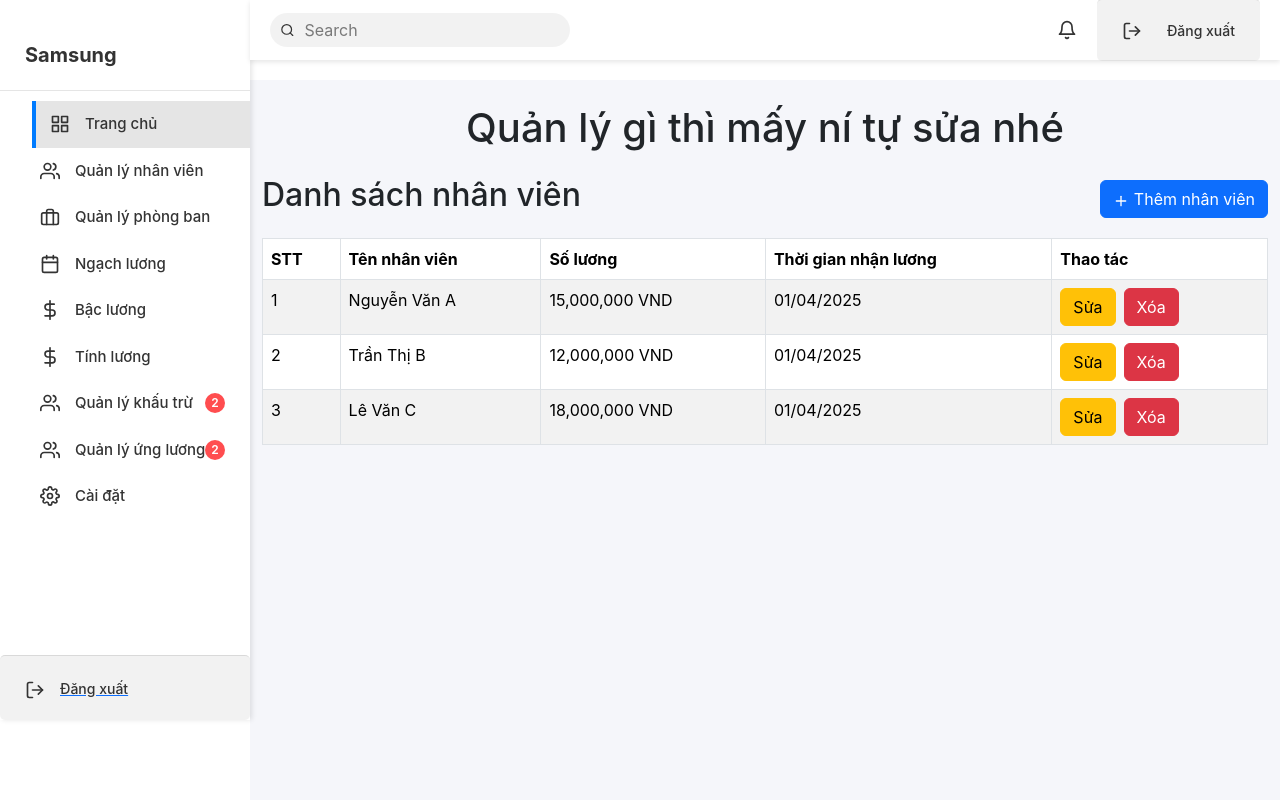
Repository: lenb2109136/HTTTQL
Page: /
The author's editor kept a copy of each file at every save. The page is drawn from the files as they stood at one save, then again after the next save.
The browser window is 1280 px wide. The pictures show the whole page.
The project was rebuilt for these pictures with package versions that can differ from the ones it lists, and the page was loaded fresh each time.

Above is the page before, as saved 2025-03-28 13:08:31.

### src/index.js
import React from 'react';
import ReactDOM from 'react-dom/client';
import './index.css';
import App from './App';
import reportWebVitals from './reportWebVitals';
import 'bootstrap/dist/css/bootstrap.min.css'; // Import Bootstrap CSS
const root = ReactDOM.createRoot(document.getElementById('root'));
root.render(
  <React.StrictMode>
    <App />
  </React.StrictMode>
);

// If you want to start measuring performance in your app, pass a function
// to log results (for example: reportWebVitals(console.log))
// or send to an analytics endpoint. Learn more: https://bit.ly/CRA-vitals
reportWebVitals();

### src/App.js
// src/App.js
import React from 'react';
import { BrowserRouter as Router, Route, Routes } from 'react-router-dom';
import 'bootstrap/dist/css/bootstrap.min.css';
import './App.css';
import Header from './component/admin/Header-Admin';
import Sidebar from './component/admin/SideBar';
import Dashboard from './component/admin/Dashboard';

function App() {
  return (
    <Router>
      <div className="app">
        <Sidebar />
        <div className="main-content">
          <Header />
          <Routes>
            <Route path="/" element={<Dashboard />} />
          </Routes>
        </div>
      </div>
    </Router>
  );
}

export default App;

### src/App.css
/* src/App.css */
* {
  margin: 0;
  padding: 0;
  box-sizing: border-box;
  font-family: 'Inter', Arial, sans-serif;
}

.app {
  display: flex;
}

.main-content {
  flex: 1;
  margin-left: 250px;
  background-color: #f5f6fa;
  min-height: 100vh;
}

/* Page Content */
.page-content {
  padding: 20px;
}

### src/component/admin/Header-Admin.js
import React from 'react';
import { FiSearch, FiLogOut, FiBell } from 'react-icons/fi';
import './admin-style/Header-Admin.css'; // Adjusted import to match the provided file location

const Header = () => {
  return (
    <div className="header">
      {/* Thanh tìm kiếm */}
      <div className="search-bar">
        <FiSearch className="search-icon" />
        <input type="text" placeholder="Search" />
      </div>

      {/* Phần bên phải: Biểu tượng thông báo và nút đăng xuất */}
      <div className="header-right">
        <FiBell className="notification-icon" />
        <div className="logout-section">
          <FiLogOut className="logout-icon" />
          <span>Đăng xuất</span>
        </div>
      </div>
    </div>
  );
};

export default Header;

### src/component/admin/SideBar.js
import React from 'react';
import './admin-style/SideBar-Admin.css';
import { Link, useLocation } from 'react-router-dom';
import {
  FiGrid,
  FiUsers,
  FiBriefcase,
  FiCalendar,
  FiDollarSign,
  FiSettings,
  FiLogOut,
} from 'react-icons/fi';

const Sidebar = () => {
  const location = useLocation();

  return (
    <div className="sidebar">
      <div className="logo">
        <span className="logo-text">Samsung</span>
      </div>
      <ul>
        <li className={location.pathname === '/' ? 'active' : ''}>
          <Link to="/">
            <FiGrid className="menu-icon" />
            <span>Trang chủ</span>
          </Link>
        </li>
        <li className={location.pathname === '/employees' ? 'active' : ''}>
          <Link to="/employees">
            <FiUsers className="menu-icon" />
            <span>Quản lý nhân viên</span>
          </Link>
        </li>
        <li className={location.pathname === '/departments' ? 'active' : ''}>
          <Link to="/departments">
            <FiBriefcase className="menu-icon" />
            <span>Quản lý phòng ban</span>
          </Link>
        </li>
        <li className={location.pathname === '/salary-scale' ? 'active' : ''}>
          <Link to="/salary-scale">
            <FiCalendar className="menu-icon" />
            <span>Ngạch lương</span>
          </Link>
        </li>
        <li className={location.pathname === '/pay-grade' ? 'active' : ''}>
          <Link to="/pay-grade">
            <FiDollarSign className="menu-icon" />
            <span>Bậc lương</span>
          </Link>
        </li>
        <li
          className={
            location.pathname === '/salary-calculation' ? 'active' : ''
          }
        >
          <Link to="/salary-calculation">
            <FiDollarSign className="menu-icon" />
            <span>Tính lương</span>
          </Link>
        </li>
        <li className={location.pathname === '/deductions' ? 'active' : ''}>
          <Link to="/deductions">
            <FiUsers className="menu-icon" />
            <span>Quản lý khấu trừ</span>
            <span className="badge">2</span>
          </Link>
        </li>
        <li className={location.pathname === '/salary-advance' ? 'active' : ''}>
          <Link to="/salary-advance">
            <FiUsers className="menu-icon" />
            <span>Quản lý ứng lương</span>
            <span className="badge">2</span>
          </Link>
        </li>
        <li className={location.pathname === '/settings' ? 'active' : ''}>
          <Link to="/settings">
            <FiSettings className="menu-icon" />
            <span>Cài đặt</span>
          </Link>
        </li>
      </ul>
      <div className="logout-section">
        <Link to="/logout" className="logout-link">
          <FiLogOut className="logout-icon" />
          <span>Đăng xuất</span>
        </Link>
      </div>
    </div>
  );
};

export default Sidebar;

### src/component/admin/Dashboard.js
import React, { useState } from 'react';
import { Table, Button, Container, Row, Col } from 'react-bootstrap';
import { FiPlus } from 'react-icons/fi';

const EmployeesPage = () => {
  const [employees, setEmployees] = useState([
    {
      id: 1,
      name: 'Nguyễn Văn A',
      salary: '15,000,000 VND',
      payDate: '01/04/2025',
    },
    {
      id: 2,
      name: 'Trần Thị B',
      salary: '12,000,000 VND',
      payDate: '01/04/2025',
    },
    {
      id: 3,
      name: 'Lê Văn C',
      salary: '18,000,000 VND',
      payDate: '01/04/2025',
    },
  ]);

  const handleDelete = id => {
    setEmployees(employees.filter(emp => emp.id !== id));
  };

  return (
    <Container>
      <h1 className="text-center my-4">Quản lý gì thì mấy ní tự sửa nhé</h1>
      <Row className="mb-3 d-flex justify-content-between align-items-center">
        <Col>
          <h2>Danh sách nhân viên</h2>
        </Col>
        <Col className="text-end">
          <Button variant="primary">
            <FiPlus /> Thêm nhân viên
          </Button>
        </Col>
      </Row>
      <Table striped bordered hover>
        <thead>
          <tr>
            <th>STT</th>
            <th>Tên nhân viên</th>
            <th>Số lương</th>
            <th>Thời gian nhận lương</th>
            <th>Thao tác</th>
          </tr>
        </thead>
        <tbody>
          {employees.map((emp, index) => (
            <tr key={emp.id}>
              <td>{index + 1}</td>
              <td>{emp.name}</td>
              <td>{emp.salary}</td>
              <td>{emp.payDate}</td>
              <td>
                <Button variant="warning" className="me-2">
                  Sửa
                </Button>
                <Button variant="danger" onClick={() => handleDelete(emp.id)}>
                  Xóa
                </Button>
              </td>
            </tr>
          ))}
        </tbody>
      </Table>
    </Container>
  );
};

export default EmployeesPage;

### src/component/admin/admin-style/Header-Admin.css
/* src/components/Header.css */
.header {
  width: calc(100% - 250px); /* Adjust for sidebar width */
  height: 60px;
  background: #fff; /* White background */
  position: fixed;
  top: 0;
  left: 250px; /* Offset for sidebar */
  display: flex;
  justify-content: space-between;
  align-items: center;
  padding: 0 20px;
  box-shadow: 0 2px 5px rgba(0, 0, 0, 0.1); /* Subtle shadow */
}

/* Thanh tìm kiếm */
.search-bar {
  display: flex;
  align-items: center;
  background-color: rgba(0, 0, 0, 0.05); /* Light gray background */
  border-radius: 20px;
  padding: 5px 10px;
  width: 300px;
}

.search-bar input {
  border: none;
  background: none;
  outline: none;
  margin-left: 10px;
  width: 100%;
  color: #333; /* Black text */
}

.search-bar input::placeholder {
  color: rgba(0, 0, 0, 0.5); /* Gray placeholder */
}

.search-icon {
  color: #333; /* Black icon */
}

/* Phần bên phải */
.header-right {
  display: flex;
  align-items: center;
  gap: 20px; /* Space between notification and logout */
}

.notification-icon {
  font-size: 20px;
  color: #333; /* Black icon */
  cursor: pointer;
}

.notification-icon:hover {
  color: #007bff; /* Blue on hover */
}

.logout-section {
  display: flex;
  align-items: center;
  gap: 10px;
  padding: 10px 15px;
  background-color: rgba(0, 0, 0, 0.05); /* Light gray background */
  border-radius: 5px;
  cursor: pointer;
  transition: background-color 0.3s ease;
}

.logout-section:hover {
  background-color: rgba(0, 0, 0, 0.1); /* Slightly darker on hover */
}

.logout-icon {
  font-size: 18px;
  color: #333; /* Black icon */
}

.logout-section span {
  font-size: 14px;
  font-weight: 500;
  color: #333; /* Black text */
}
.header {
  width: calc(100% - 250px);
  height: 60px;
  background: #fff;
  position: fixed;
  top: 0;
  left: 250px;
  display: flex;
  justify-content: space-between;
  align-items: center;
  padding: 0 20px;
  box-shadow: 0 2px 5px rgba(0, 0, 0, 0.1);
  z-index: 1000; /* Đảm bảo header hiển thị trên tất cả */
}

/* Đảm bảo phần nội dung bên dưới không bị đè lên */
.main-content {
  margin-top: 80px; /* Để khoảng trống phía trên, tránh header đè lên */
}

### src/component/admin/admin-style/SideBar-Admin.css
/* src/components/Sidebar.css */
.sidebar {
  width: 250px;
  height: 100vh;
  background: #fff; /* White background */
  color: #333; /* Dark text color */
  position: fixed;
  top: 0;
  left: 0;
  padding-top: 20px;
  display: flex;
  flex-direction: column;
  justify-content: space-between;
  box-shadow: 2px 0 5px rgba(0, 0, 0, 0.1); /* Subtle shadow for depth */
}

.sidebar .logo {
  display: flex;
  align-items: center;
  gap: 10px;
  padding: 20px 25px;
  border-bottom: 1px solid rgba(0, 0, 0, 0.1); /* Light border */
}

.sidebar .logo-icon {
  width: 40px;
  height: 40px;
  object-fit: contain; /* Ensure the logo scales properly */
}

.sidebar .logo span {
  font-size: 20px;
  font-weight: 700;
  color: #333;
}

.sidebar ul {
  list-style: none;
  margin-top: 10px;
  flex-grow: 1;
}

.sidebar ul li {
  padding: 12px 8px;
  display: flex;
  align-items: center;
  cursor: pointer;
  transition: background-color 0.3s ease, padding-left 0.3s ease;
  position: relative; /* For badge positioning */
}

.sidebar ul li:hover {
  background-color: rgba(0, 0, 0, 0.05); /* Light gray hover effect */
  padding-left: 15px;
}

.sidebar ul li.active {
  background-color: rgba(0, 0, 0, 0.1); /* Slightly darker for active state */
  border-left: 4px solid #007bff; /* Blue accent for active item */
  padding-left: 14px;
}

.sidebar ul li a {
  color: #333; /* Black text */
  text-decoration: none;
  display: flex;
  align-items: center;
  font-size: 15px;
  font-weight: 500;
  width: 100%; /* Ensure the link takes full width */
}

.sidebar ul li a .menu-icon {
  font-size: 20px; /* Slightly larger icons */
  color: #333; /* Black icons */
  margin-right: 15px; /* Increased spacing between icon and text */
  transition: color 0.3s ease; /* Smooth color transition on hover */
}

.sidebar ul li a:hover .menu-icon {
  color: #007bff; /* Blue on hover */
}

/* Notification Badge */
.sidebar ul li .badge {
  position: absolute;
  right: 25px;
  background-color: #ff4d4f; /* Red badge */
  color: #fff;
  font-size: 12px;
  font-weight: 600;
  width: 20px;
  height: 20px;
  border-radius: 50%;
  display: flex;
  align-items: center;
  justify-content: center;
}

/* Logout Section */
.logout-section {
  padding: 20px 25px;
  display: flex;
  align-items: center;
  gap: 10px;
  background-color: rgba(0, 0, 0, 0.05); /* Light gray background */
  border-top: 1px solid rgba(0, 0, 0, 0.1);
  cursor: pointer;
  transition: background-color 0.3s ease;
}

.logout-section:hover {
  background-color: rgba(0, 0, 0, 0.1);
}

.logout-icon {
  font-size: 20px; /* Match menu icon size */
  color: #333; /* Black icon */
  margin-right: 15px; /* Increased spacing between icon and text */
  transition: color 0.3s ease; /* Smooth color transition on hover */
}

.logout-section:hover .logout-icon {
  color: #007bff; /* Blue on hover */
}

.logout-section span {
  font-size: 14px;
  font-weight: 500;
  color: #333;
}

Loaded but not shown: public/index.html (common file); src/index.css (common file); src/reportWebVitals.js (common file)

After the next save:
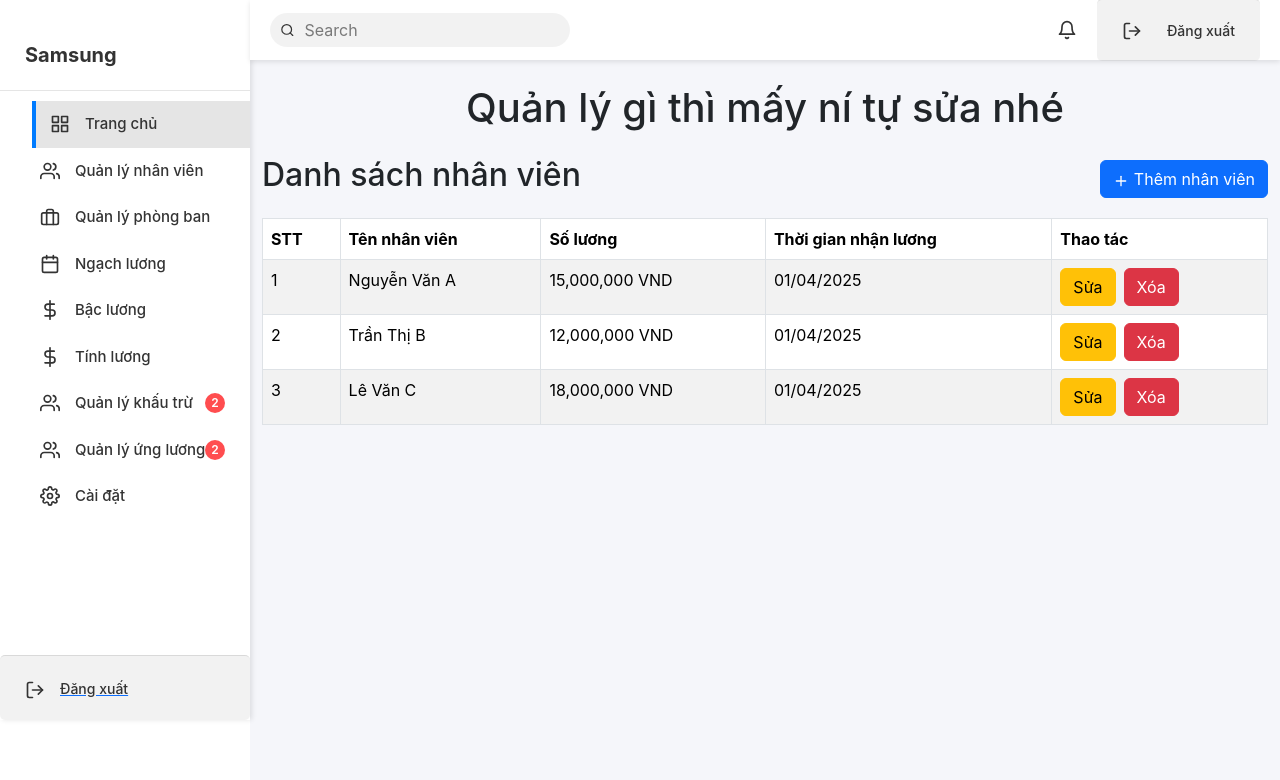
Saved 13 s later.
--- a/src/component/admin/admin-style/Header-Admin.css
+++ b/src/component/admin/admin-style/Header-Admin.css
@@ -99,5 +99,5 @@
 
 /* Đảm bảo phần nội dung bên dưới không bị đè lên */
 .main-content {
-  margin-top: 80px; /* Để khoảng trống phía trên, tránh header đè lên */
+  margin-top: 60px; /* Để khoảng trống phía trên, tránh header đè lên */
 }
